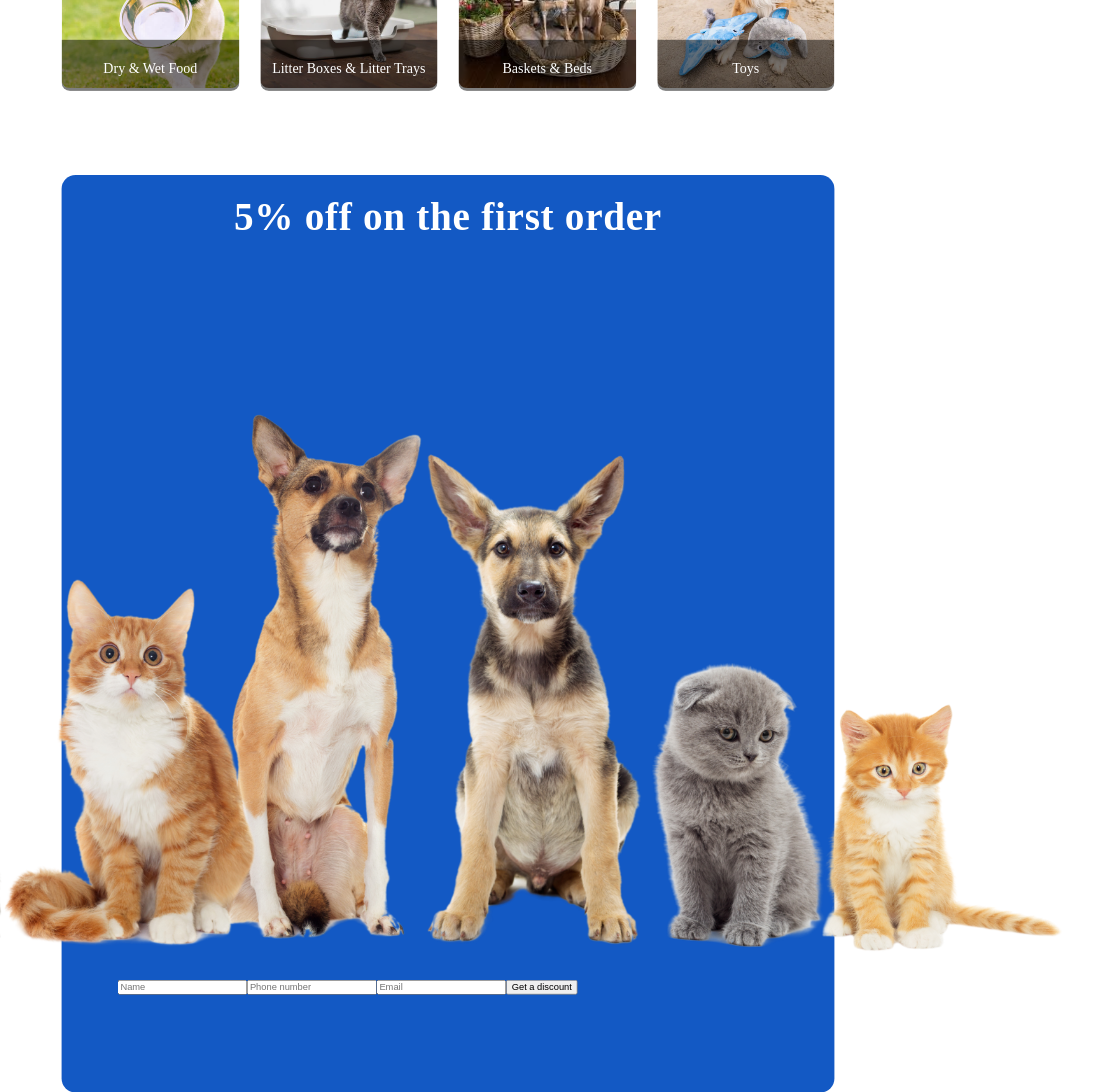
Repository: JuliiaJuliia/pet-shop-frontend
Page: / (app in pet-shop-frontend/)
The author's editor kept a copy of each file at every save. The page is drawn from the files as they stood at one save, then again after the next save.
The browser window is 1280 px wide. The page is 1600 px wide, so the pictures cover 1600 px, including what lies to the right of the window. The pictures show the part of the page from y = 917 to 2477 px (the page is 3082 px tall), at 70% of full size.
The project was rebuilt for these pictures with package versions that can differ from the ones it lists, and the page was loaded fresh each time. Also part of the build but not shown: pet-shop-frontend/vite.config.js, pet-shop-frontend/src/pages/CheckoutPage.jsx, pet-shop-frontend/src/api/axios.js, pet-shop-frontend/src/components/ProductList.jsx.

Above is the page before, as saved 2025-11-06 20:59:28.

### pet-shop-frontend/index.html
<!doctype html>
<html lang="en">
  <head>
    <meta charset="UTF-8" />
    <link rel="icon" type="image/svg+xml" href="/vite.svg" />
    <meta name="viewport" content="width=device-width, initial-scale=1.0" />
    <title>pet-shop-frontend</title>
  </head>
  <body>
    <div id="root"></div>
    <script type="module" src="/src/main.jsx"></script>
  </body>
</html>

### pet-shop-frontend/src/main.jsx
import HomePage from "./pages/HomePage";
import CheckoutPage from "./pages/CheckoutPage";
import React from "react";
import ReactDOM from "react-dom/client";
import { BrowserRouter, Routes, Route } from "react-router-dom";
import Header from "./components/Header/Header.jsx";
import ProductList from "./components/ProductList";

function Categories() {
  return <h2 style={{ textAlign: "center" }}>Categories Page</h2>;
}

function Sales() {
  return <h2 style={{ textAlign: "center" }}>Sales Page</h2>;
}

function Cart() {
  return <h2 style={{ textAlign: "center" }}>Your Cart is empty</h2>;
}

ReactDOM.createRoot(document.getElementById("root")).render(
  <BrowserRouter>
    <Header />
    <Routes>
      <Route path="/" element={<HomePage />} />
      <Route path="/categories" element={<Categories />} />
      <Route path="/products" element={<ProductList />} />
      <Route path="/sales" element={<Sales />} />
      <Route path="/cart" element={<Cart />} />
    </Routes>
  </BrowserRouter>
);

### pet-shop-frontend/src/pages/HomePage.jsx
import React from "react";
import MainBanner from "../components/MainBanner";
import Categories from "../components/Categories";
import DiscountBanner from "../components/DiscountBanner";
import SaleSection from "../components/SaleSection/SaleSection";

const HomePage = () => {
  return (
    <div>
      <MainBanner />
      <Categories />
      <DiscountBanner />
      <SaleSection />
    </div>
  );
};

export default HomePage;

### pet-shop-frontend/src/components/Header/Header.jsx
import React from "react";
import { Link } from "react-router-dom";
import "./Header.css";

const Header = () => {
  return (
    <header className="header">
      <div className="header__logo">
        <Link to="/">PetShop 🐾</Link>
      </div>
      <nav className="header__nav">
        <Link to="/">Main Page</Link>
        <Link to="/categories">Categories</Link>
        <Link to="/products">All products</Link>
        <Link to="/sales">All sales</Link>
      </nav>
      <div className="header__cart">
        <Link to="/cart">
        <img src="/icon.svg" alt="Cart" className="header__cart-icon" />
        </Link>
</div>
    </header>
  );
};

export default Header;

### pet-shop-frontend/src/components/MainBanner.jsx
import React from "react";
import { Link } from "react-router-dom";
import "./MainBanner.css";

const MainBanner = () => {
  return (
    <section className="main-banner">
      <div className="main-banner__overlay">
        <div className="main-banner__content">
        <h1>Amazing Discounts <br /> on Pets Products!</h1>
        <Link to="/checkout" className="banner-btn">Check out</Link>
        </div>
      </div>
    </section>
  );
};

export default MainBanner;

### pet-shop-frontend/src/components/Categories.jsx
import React from "react";
import { Link } from "react-router-dom";
import "./Categories.css";

const categories = [
  { id: 1, name: "Dry & Wet Food", image: "/Dog.jpg" },
  { id: 2, name: "Litter Boxes & Litter Trays", image: "/Cat.jpg" },
  { id: 3, name: "Baskets & Beds", image: "/Dogs.jpg" },
  { id: 4, name: "Toys", image: "/Dog and Fish.jpg" },
];

const Categories = () => {
  return (
    <section className="categories">
      <div className="categories__header">
        <h2>Categories</h2>
        <div className="categories__line"></div>

        <Link to="/products" className="all-categories-btn">
          All categories
        </Link>
      </div>

      <div className="categories__grid">
        {categories.map((category) => (
          <div key={category.id} className="category-card">
            <img src={category.image} alt={category.name} />
            <div className="category-card__overlay">
              <p>{category.name}</p>
            </div>
          </div>
        ))}
      </div>
    </section>
  );
};

export default Categories;

### pet-shop-frontend/src/components/DiscountBanner.jsx
import { useState } from "react";
import "./DiscountBanner.css";

export default function DiscountBanner() {
  const [form, setForm] = useState({ name: "", phone: "", email: "" });
  const [sent, setSent] = useState(false);

  const handleChange = (e) => {
    setForm({ ...form, [e.target.name]: e.target.value });
    setError("");
  };

  const handleSubmit = (e) => {
    e.preventDefault();

    if (!form.name || !form.phone || !form.email) {
      setError("Fill in this field");
      return;
    }

    setSent(true);
  };
  return (
    <section className="discount-banner">
      <div className="discount-banner__overlay">
        <div className="discount-banner__container">

          {/* Ліва частина: заголовок + картинка */}
          <div className="discount-banner__left">
            <h2>5% off on the first order</h2>
            <img src="/Pets.jpg" alt="Pets" />
          </div>

          {/* Права частина: форма */}
          <div className="discount-banner__right">
            {!sent ? (
              <form onSubmit={handleSubmit}>
                <input
                  type="text"
                  name="name"
                  placeholder="Name"
                  value={form.name}
                  onChange={handleChange}
                  required
                />
                <input
                  type="tel"
                  name="phone"
                  placeholder="Phone number"
                  value={form.phone}
                  onChange={handleChange}
                  required
                />
                <input
                  type="email"
                  name="email"
                  placeholder="Email"
                  value={form.email}
                  onChange={handleChange}
                  required
                />
                <button type="submit">Get a discount</button>
              </form>
            ) : (
              <p className="discount-banner__success">
                ✅ Thank you! We'll contact you soon!
              </p>
            )}
          </div>

        </div>
      </div>
    </section>
  );
}

### pet-shop-frontend/src/components/SaleSection/SaleSection.jsx
import React from "react";
import "./SaleSection.css";
import { Link } from "react-router-dom";

const saleSection = [
  {
    id: 1,
    name: "Dry Dog Food for Adult Dogs",
    image: "/Dry Dog.jpg",
    oldPrice: 100,
    newPrice: 80,
    discount: "-50%",
  },
  {
    id: 2,
    name: "Ultra Cat Litter Tray Self-Cleaning",
    image: "/Cat Litter.jpg",
    oldPrice: 600,
    newPrice: 450,
    discount: "-34%",
  },
  {
    id: 3,
    name: "Black Dog Bed, Large Dogs",
    image: "/Dog Bed.jpg",
    oldPrice: 150,
    newPrice: 50,
    discount: "-25%",
  },
  {
    id: 4,
    name: "Cat Toy with Real Random Trajectory",
    image: "/Cat Toy.jpg",
    oldPrice: 50,
    newPrice: 25,
    discount: "-17%",
  },
];

const SaleSection = () => {
  return (
    <section className="sale-section">
      {/* 🔹 Верхній заголовок + кнопка справа */}
      <div className="sale-section__header">
        <h2>Sale</h2>
        <div className="sale-section__line"></div>
        <Link to="/categories" className="sale-section__all-btn">
          All categories
        </Link>
      </div>

      {/* 🔹 Сітка товарів */}
      <div className="sale-section__grid">
        {saleSection.map((item) => (
          <div key={item.id} className="sale-card">
            <div className="sale-card__image-container">
              <img src={item.image} alt={item.name} className="sale-card__image" />
              <span className="sale-card__discount">{item.discount}</span>
            </div>
            <div className="sale-card__details">
              <h4 className="sale-card__name">{item.name}</h4>
              <div className="sale-card__prices">
                <span className="sale-card__old">${item.oldPrice.toFixed(2)}</span>
                <span className="sale-card__new">${item.newPrice.toFixed(2)}</span>
              </div>
            </div>
          </div>
        ))}
      </div>
    </section>
  );
};

export default SaleSection;

### pet-shop-frontend/src/components/Header/Header.css
.header {
    display: flex;
    align-items: center;
    justify-content: space-between;
    padding: 20px 60px;
    background-color: #fff;
    box-shadow: 0 2px 5px rgba(0, 0, 0, 0.05);
    position: sticky;
    top: 0;
    z-index: 10;
  }

  .header__logo a {
    font-size: 40px;
    font-weight: 400;
    color: #3d3c3c;
    text-decoration: none;
    display: flex;
    align-items: center;
    gap: 10px;
  }

  .header__nav {
    display: flex;
    gap: 30px;
  }

  .header__nav a {
    font-size: 20px;
    text-decoration: none;
    color: #38383a;
    font-weight: 550;
    transition: 0.3s;
    cursor: url("data:[embedded picture, 129 characters]"), auto;
  }

  .header__nav a:hover {
    color: #24973bf3;
  }

  .cart-icon {
    font-size: 20px;
    text-decoration: none;
  }

  .header__cart-icon {
    width: 30px;
    height: 30px;
    object-fit: contain;
    transition: transform 0.3s ease;
    cursor: url("data:[embedded picture, 129 characters]"), auto;
  }

  .header__cart-icon:hover {
    transform: rotate(10deg) scale(1.15);
  }

### pet-shop-frontend/src/components/MainBanner.css
.main-banner {
  position: relative;
  width: 100%;
  height: 500px;
  background: url("/banner-dog.jpg") center/cover no-repeat;
  display: flex;
  align-items: center;
  justify-content: center;
  border-radius: 10px;
  overflow: hidden;
  margin-bottom: 60px;
}

/* Полупрозрачный шар поверх картинки */
.main-banner__overlay {
  background: rgba(0, 0, 0, 0.35);
  width: 100%;
  height: 100%;
  display: flex;
  align-items: center;
  justify-content: center;
}

/* Текст и кнопка */
.main-banner__content {
  text-align: left;
  color: #fff;
  max-width: 800px;
  padding: 0 40px;
  line-height: 1.1;
  white-space: normal;
  word-break: break-word;
}

.main-banner__content h1 {
  font-size: 54px;
  font-weight: 700;
  line-height: 1.2;
  margin-bottom: 40px;
}


.main-banner__button {
  background-color: #53b955df;
  color: rgb(255, 255, 255);
  border: none;
  border-radius: 6px;
  font-size: 18px;
  padding: 14px 30px;
  cursor: pointer;
  transition: all 0.3s ease;
  cursor: url("data:[embedded picture, 129 characters]"), auto;
}

.main-banner__button:hover {
  background-color: #24973b91;
  ;
  transform: scale(1.05);
}

.banner-btn {
  display: inline-block;
  background-color: #53b955df;
  color: white;
  border: none;
  border-radius: 6px;
  font-size: 18px;
  padding: 14px 30px;
  text-decoration: none;
  text-align: center;
  cursor: pointer;
  transition: all 0.3s ease;
}

.banner-btn:hover {
  background-color: #24973b91;
  transform: scale(1.05);
}

### pet-shop-frontend/src/components/Categories.css
.categories {
    padding: 0px 80px 60px;
    background-color: #fff;
  }

  .categories__title {
    font-size: 36px;
    font-weight: 600;
    margin-bottom: 30px;
    color: #222;
  }

  .categories__grid {
    display: grid;
    grid-template-columns: repeat(auto-fit, minmax(220px, 1fr));
    gap: 30px;
    justify-items: center;
  }

  .category-card {
    position: relative;
    width: 100%;
    max-width: 260px;
    border-radius: 12px;
    overflow: hidden;
    cursor: url("data:[embedded picture, 129 characters]"), auto;
    transition: transform 0.3s ease;
  }

  .category-card img {
    width: 100%;
    height: 260px;
    object-fit: cover;
    border-radius: 12px;
  }

  .category-card__overlay {
    position: absolute;
    display: flex;
    justify-content: center;
    align-items: center;
    text-align: center;
    bottom: 0;
    left: 0;
    right: 0;
    background: rgba(0, 0, 0, 0.5);
    color: #fff;
    font-size: 20px;
    font-weight: 500;
    padding-top: 10px;
    transition: background 0.3s ease;
  }

  .category-card:hover {
    transform: scale(1.05);
  }

  .category-card:hover .category-card__overlay {
    background: rgba(0, 0, 0, 0.7);
  }

  .categories__header {
    display: flex;
    align-items: center;
    justify-content: space-between;
    position: relative;
    margin-bottom: 30px;
  }

  .categories__header h2 {
    font-size: 35px;
    font-weight: 700;
    color: #222;
    letter-spacing: 1.5px;
    background-color: #fff;
    padding-right: 15px;
    z-index: 1;
  }

  .categories__line {
    position: absolute;
    left: 0;
    right: 0;
    height: 1px;
    background-color: #ddd;
    top: 50%;
    transform: translateY(-50%);
    z-index: 0;
  }

  .all-categories-btn {
    display: inline-flex;
    align-items: center;
    justify-content: center;
    background-color: #fff;
    border: 1px solid #ccc;
    border-radius: 6px;
    padding: 6px 14px;
    font-size: 17px;
    font-weight: 500;
    color: #333;
    text-decoration: none;
    outline: none;
    cursor: pointer;
    z-index: 1;
    transition: all 0.3s ease;
  }

  .all-categories-btn:hover {
    background-color: #53b955cd;
    color: #fff;
    border-color: #24973b91;
    transform: scale(1.05);
    cursor: url("/paw-cursor.png"), auto;
    cursor: url("data:[embedded picture, 129 characters]"), auto;
  }

### pet-shop-frontend/src/components/DiscountBanner.css
/* контейнер банера */
.discount-banner {
  background-color: #0751c1f2;
  color: #fff;
  border-radius: 20px;
  margin: 60px 80px;
  padding: 60px 80px 140px; /* зверни увагу: великий паддінг знизу для місця під тварин */
  position: relative;
  overflow: visible;
  display: block;
}

/* заголовок — по центру всього блоку (горизонтально + вертикально) */
.discount-banner__left h2 {
  position: absolute;
  top: 0px;

  left: 50%;
  transform: translate(-50%, -50%);
  margin: 0;
  font-size: 56px;
  font-weight: 700;
  letter-spacing: 1px;
  text-align: center;
  width: 100%;
  line-height: 1.05;
}

/* вміст під заголовком: картинка ліворуч, форма праворуч */
.discount-banner__content {
  display: flex;
  justify-content: space-between;
  align-items: flex-end;
  gap: 50px;
  width: 100%;
  position: relative;
  margin-top: 0px;
}

/* ліва частина (картинка) */
.discount-banner__left {
  flex: 1;
  display: flex;
  justify-content: center;
  align-items: flex-end;    /* картинка "сидить" внизу колонки */
  position: relative;
  padding-bottom: 10px;     /* трохи простору під картинкою */
}

/* картинка тварин — збільшена і з позицією внизу (на межі фону) */
.discount-banner__image {
  max-width: 720px;         /* збільшити розмір тварин */
  width: 100%;
  height: auto;
  object-fit: contain;
  position: absolute;
  left: 50%;
  transform: translateX(-50%);
  bottom: -160px;
}

/* права частина — форма (по центру вертикалі блоку) */
.discount-banner__form {
  flex: 0 0 350px;
  right: 50px;
  top: 50px;
  display: flex;
  align-items: center;
  justify-content: center;
  position: relative;
}

/* стилі самої форми */
.discount-banner__form form {
  width: 100%;
  display: flex;
  flex-direction: column;
  gap: 12px;
  background: #24973ba3;
  padding: 18px;
  border-radius: 10px;
}

.discount-banner__form input {
  padding: 10px 14px;
  border-radius: 8px;
  border: none;
  font-size: 15px;
  outline: none;
}

.discount-banner__form button {
  padding: 10px 14px;
  border-radius: 8px;
  border: none;
  background: #fff;
  color: #24973be4;
  font-weight: 600;
  cursor: url("data:[embedded picture, 129 characters]"), auto;
}

/* адаптация под мобильные екраны */
@media (max-width: 900px) {
  .discount-banner {
    margin: 30px 24px;
    padding: 40px 24px 120px;
  }
  /* заголовок — по центру горизонталі, але біля верхнього краю */
.discount-banner__left h2 {
  position: absolute;
  top: 40px;
  left: 50%;
  transform: translateX(-50%);
  margin: 0;
  font-size: 56px;
  font-weight: 700;
  letter-spacing: 1px;
  text-align: center;
  width: 100%;
  line-height: 1.1;
}
  .discount-banner__content {
    flex-direction: column;
    align-items: center;
    margin-top: 60px;
  }
  .discount-banner__form {
    width: 100%;
    flex: none;
    margin-top: 20px;
  }
  .discount-banner__image {
    position: relative;
    bottom: -6px;
    left: 50%;
    transform: translateX(-50%);
    max-width: 320px;
  }
}

### pet-shop-frontend/src/components/SaleSection/SaleSection.css
.sale-section {
    background-color: #fff;
    margin: 40px 80px;
    padding-bottom: 60px;
  }

  /* 🔹 Заголовок + кнопка справа + лінія */
  .sale-section__header {
    display: flex;
    justify-content: space-between;
    align-items: center;
    position: relative;
    margin-bottom: 40px;
  }

  .sale-section__header h2 {
    font-size: 36px;
    font-weight: 700;
    color: #222;
    background-color: #fff;
    padding-right: 15px;
    z-index: 1;
  }

  .sale-section__line {
    position: absolute;
    left: 0;
    right: 0;
    height: 1px;
    background-color: #ddd;
    top: 50%;
    transform: translateY(-50%);
    z-index: 0;
  }

  /* 🔹 Кнопка “All categories” */
  .sale-section__all-btn {
    background-color: #fff;
    border: 1px solid #ccc;
    border-radius: 6px;
    padding: 6px 14px;
    font-size: 17px;
    font-weight: 500;
    text-decoration: none;
    color: #222;
    z-index: 1;
    transition: 0.3s;
  }

  .sale-section__all-btn:hover {
    background-color: #53b955cd;
    color: #fff;
    border-color: #24973b91;
    cursor: url("data:[embedded picture, 129 characters]"), auto;
  }

  /* 🔹 Сетка товаров */
  .sale-section__grid {
    display: grid;
    grid-template-columns: repeat(auto-fit, minmax(220px, 1fr));
    gap: 30px;
    justify-items: center;
  }

  /* 🔹 Карточки товаров */
  .sale-card {
    background-color: #fff;
    border-radius: 12px;
    overflow: hidden;
    width: 100%;
    max-width: 260px;
    box-shadow: 0 4px 8px rgba(0, 0, 0, 0.05);
    transition: transform 0.3s ease, box-shadow 0.3s ease;
    cursor: url("data:[embedded picture, 129 characters]"), auto;
  }

  .sale-card:hover {
    transform: scale(1.04);
    box-shadow: 0 8px 15px rgba(0, 0, 0, 0.1);
  }

  /* 🔹 Фото + бейдж скидки */
  .sale-card__image-container {
    position: relative;
  }

  .sale-card__image {
    width: 100%;
    height: 220px;
    object-fit: cover;
    border-radius: 12px 12px 0 0;
  }

  .sale-card__discount {
    position: absolute;
    top: 10px;
    right: 10px;
    background-color: #e53935;
    color: #fff;
    font-size: 14px;
    font-weight: 600;
    padding: 6px 10px;
    border-radius: 6px;
  }

  /* 🔹 Інформація під фото */
  .sale-card__details {
        padding: 5px 8px 10px; /* 🔹 менший верхній відступ */
        text-align: center;
  }

  .sale-card__name {
    font-size: 15px;
    font-weight: 500;
    margin-bottom: 8px;
    color: #333;
  }

  .sale-card__prices {
    display: flex;
    justify-content: center;
    gap: 10px;
  }

  .sale-card__old {
    text-decoration: line-through;
    color: #888;
    font-size: 14px;
  }

  .sale-card__new {
    color: #53b955;
    font-weight: 700;
    font-size: 16px;
  }

After the next save:
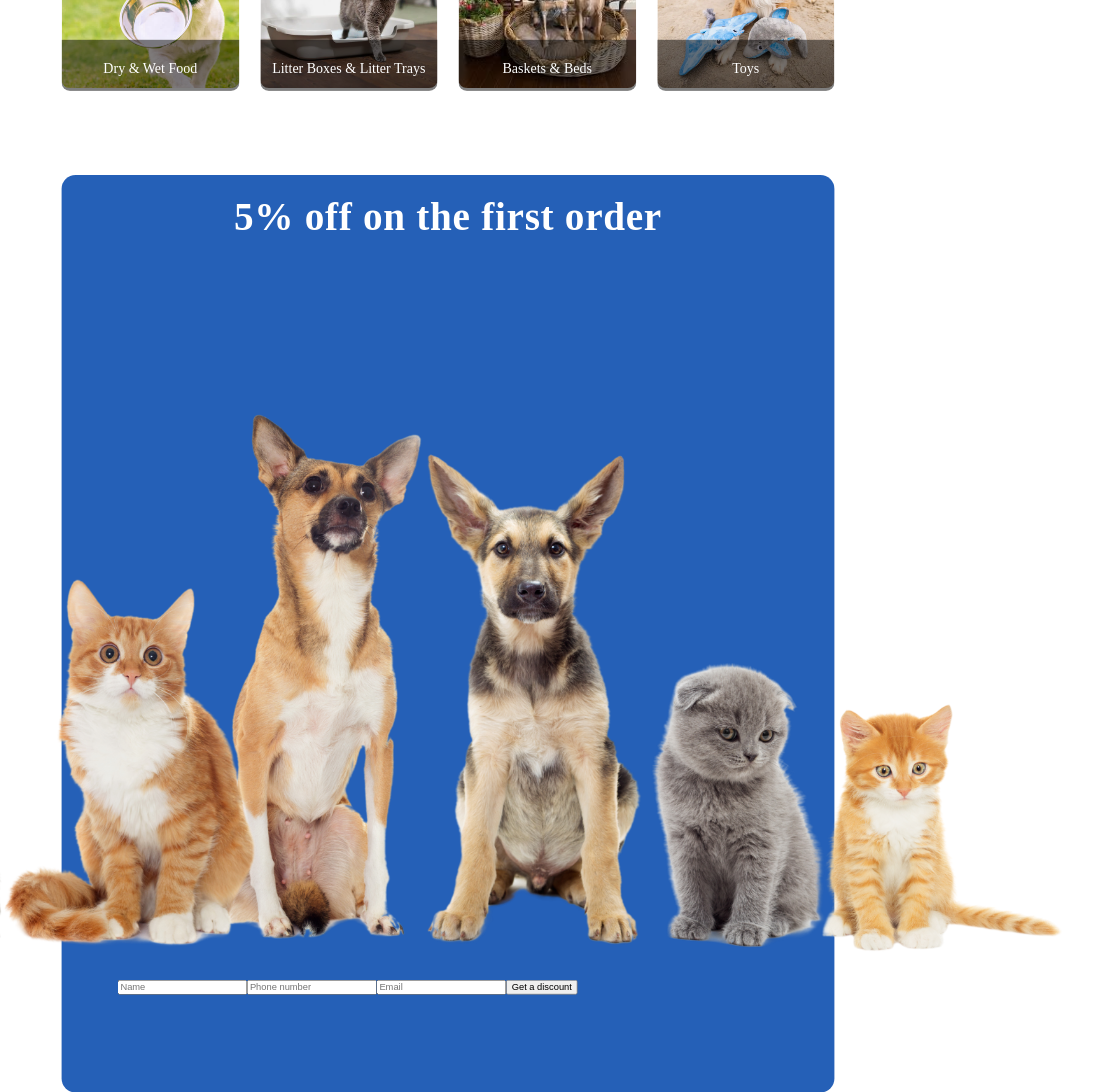
Saved 4 s later.
--- a/pet-shop-frontend/src/components/DiscountBanner.css
+++ b/pet-shop-frontend/src/components/DiscountBanner.css
@@ -1,6 +1,6 @@
 /* контейнер банера */
 .discount-banner {
-  background-color: #0751c1f2;
+  background-color: #0c4eafe4;
   color: #fff;
   border-radius: 20px;
   margin: 60px 80px;
